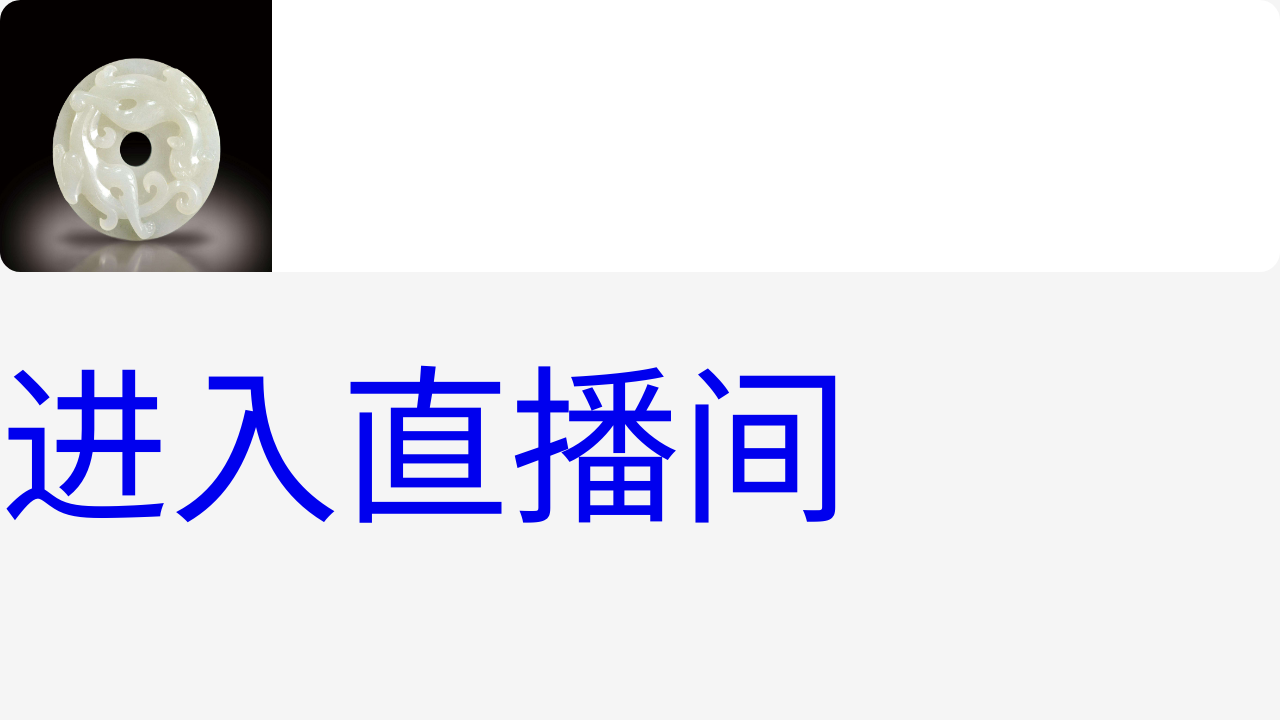
Repository: 1yanglulu/-
Page: html/jadehomepage.html
An editor plug-in stored every save of this project. The page is shown before and after the next save, followed by the edit.
The browser window is 1280 px wide. The pictures show the whole page.

Above is the page before, as saved 2020-01-07 16:02:13.

After the next save:
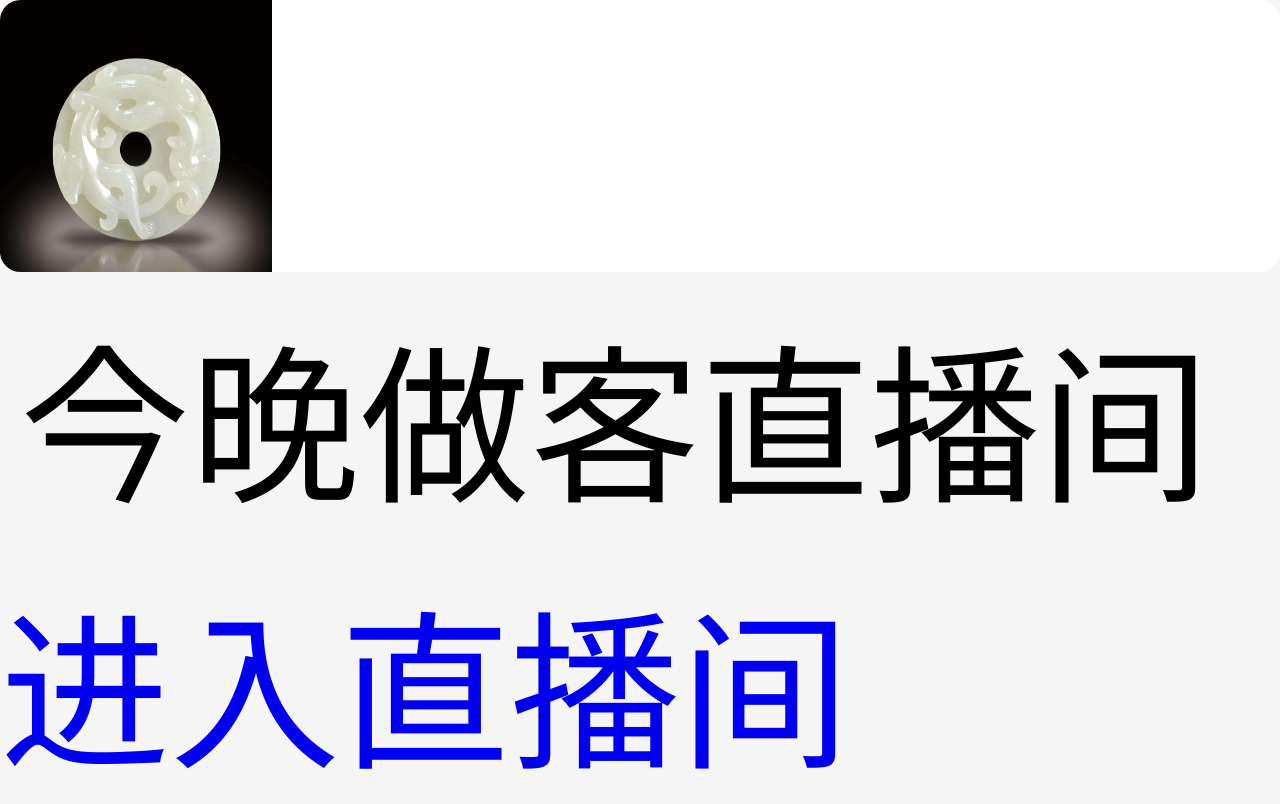
Saved 20 s later.
--- a/html/jadehomepage.html
+++ b/html/jadehomepage.html
@@ -12,7 +12,7 @@
   <div class="home-top">
     <img src="../images/yushi1.jpg" alt="直播间封面" class="live-bac">
     <div class="live-con">
-      <div class="live-title"></div>
+      <div class="live-title">今晚做客直播间</div>
       <div class="live-title"></div>
     </div>
     <a href="javascript:void(0);">进入直播间</a>
